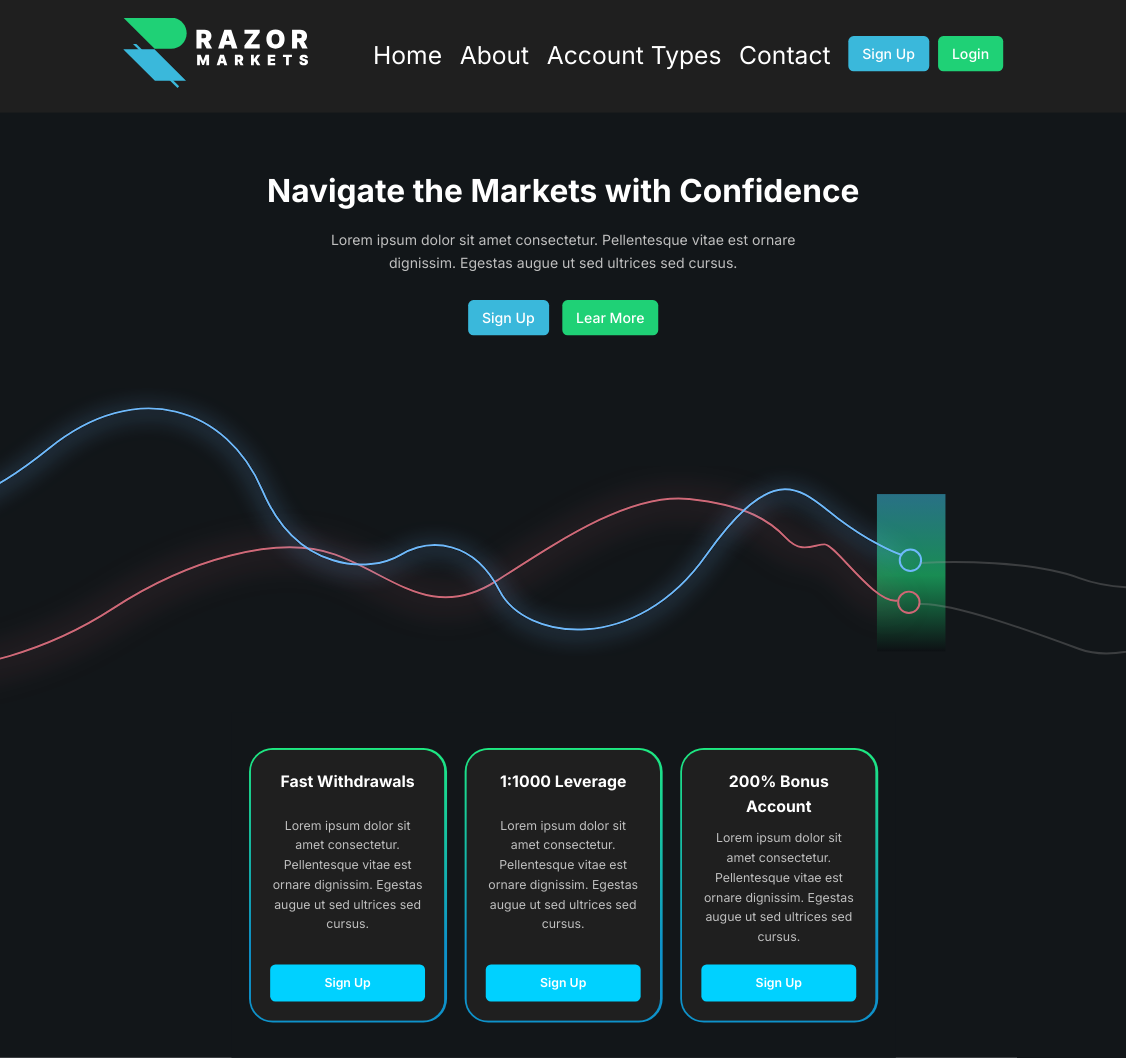
Repository: JasonMorta/razormarkets
Page: index.html
The author's editor kept a copy of each file at every save. The page is drawn from the files as they stood at one save, then again after a run of saves.
The browser window is 1280 px wide. The pictures show the whole page, at 88% of full size.

Above is the page before, as saved 2024-11-07 13:08:28.

After the next 3 saves:
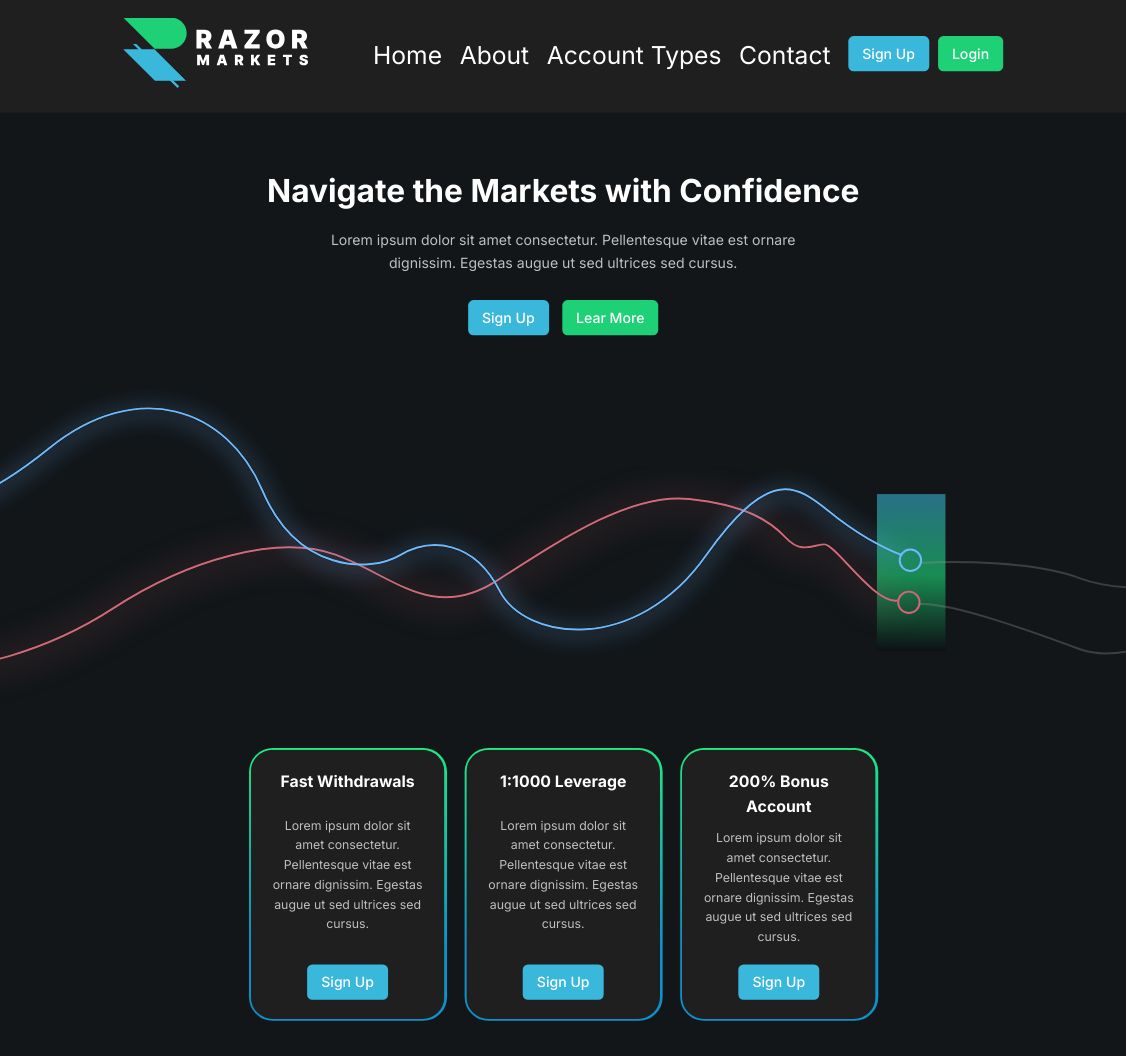
The 3 saves are shown as one change because they came seconds apart.
The last was saved 21 s later.
--- a/index.html
+++ b/index.html
@@ -54,7 +54,7 @@
             <h3>Fast Withdrawals</h3>
             <p>Lorem ipsum dolor sit amet consectetur. Pellentesque vitae est ornare dignissim. Egestas augue ut sed
               ultrices sed cursus.</p>
-            <a href="#signup" class="btn signup">Sign Up</a>
+              <a href="#signup"> <button class="button is-info signup" class="button">Sign Up</button></a>
           </div>
           </div>
 
@@ -63,7 +63,7 @@
             <h3>1:1000 Leverage</h3>
             <p>Lorem ipsum dolor sit amet consectetur. Pellentesque vitae est ornare dignissim. Egestas augue ut sed
               ultrices sed cursus.</p>
-            <a href="#signup" class="btn signup">Sign Up</a>
+              <a href="#signup"> <button class="button is-info signup" class="button">Sign Up</button></a>
           </div>
        </div>
         <div class="card-bg">
@@ -71,7 +71,7 @@
             <h3>200% Bonus Account</h3>
             <p>Lorem ipsum dolor sit amet consectetur. Pellentesque vitae est ornare dignissim. Egestas augue ut sed
               ultrices sed cursus.</p>
-            <a href="#signup" class="btn signup">Sign Up</a>
+              <a href="#signup"> <button class="button is-info signup" class="button">Sign Up</button></a>
           </div>
         </div>
      </div>
